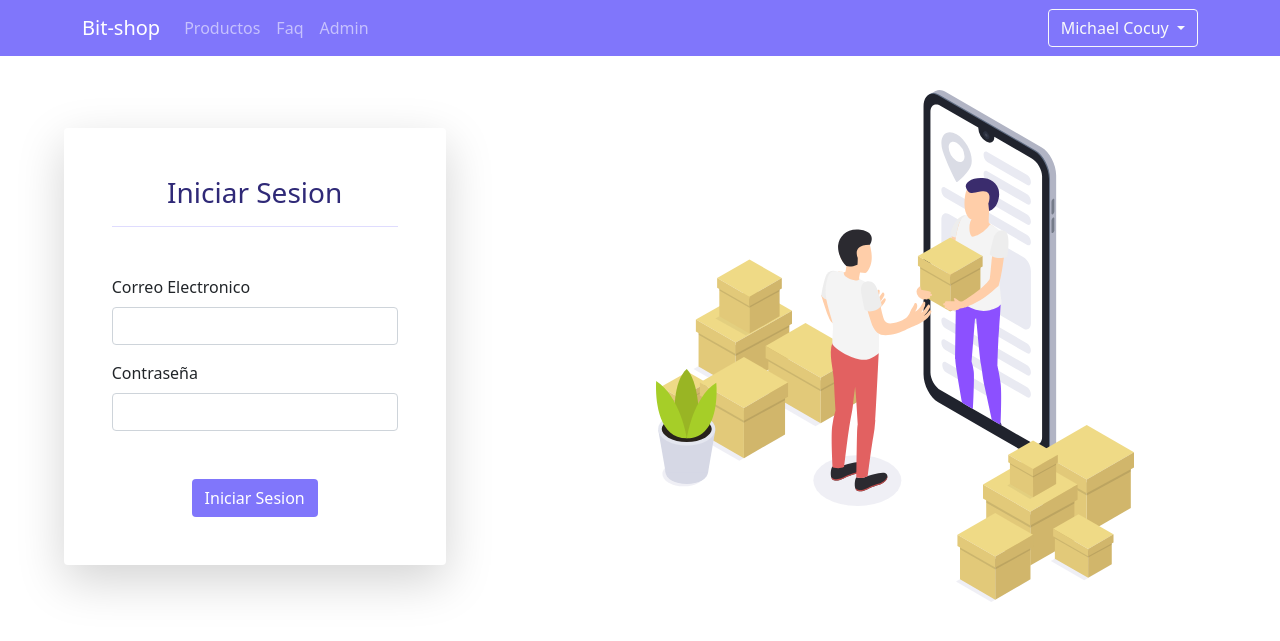
Repository: TzStrikerYT/myClassRoom
Page: /login (app in bit-shop-as/)
These files come from the project's save history. The page is drawn as it stood at one moment and after the next save; the edit follows.
The browser window is 1280 px wide. The pictures show the whole page.
The project was rebuilt for these pictures with package versions that can differ from the ones it lists, and the page was loaded fresh each time. Also part of the build but not shown: bit-shop-as/angular.json, bit-shop-as/src/app/components/home/home.component.ts, bit-shop-as/src/app/components/page404/page404.component.ts, bit-shop-as/src/app/components/register/register.component.ts.

Above is the page before, as saved 2022-02-25 21:03:31.

### bit-shop-as/src/index.html
<!doctype html>
<html lang="en">
<head>
  <meta charset="utf-8">
  <title>BitShopAs</title>
  <base href="/">
  <meta name="viewport" content="width=device-width, initial-scale=1">
  <link rel="icon" type="image/x-icon" href="favicon.ico">
</head>
<body>
  <app-root></app-root>
</body>
</html>

### bit-shop-as/src/styles.css
/* You can add global styles to this file, and also import other style files */
.bg-purple-pastel {
    background: #8076fb !important;
}

.bg-purple-dark {
    background: #2f2977 !important;
}

.text-purple-dark {
    color: #2f2977 !important;
}

.text-purple-pastel {
    color: #8076fb !important;
}

### bit-shop-as/src/app/app.module.ts
import { NgModule } from '@angular/core';
import { BrowserModule } from '@angular/platform-browser';

import { AppRoutingModule } from './app-routing.module';
import { AppComponent } from './app.component';
import { LoginComponent } from './components/login/login.component';
import { RegisterComponent } from './components/register/register.component';
import { NavbarComponent } from './components/navbar/navbar.component';
import { HomeComponent } from './components/home/home.component';
import { Page404Component } from './components/page404/page404.component';

@NgModule({
  declarations: [
    AppComponent,
    LoginComponent,
    RegisterComponent,
    NavbarComponent,
    HomeComponent,
    Page404Component
  ],
  imports: [
    BrowserModule,
    AppRoutingModule
  ],
  providers: [],
  bootstrap: [AppComponent]
})
export class AppModule { }

### bit-shop-as/src/app/app-routing.module.ts
import { NgModule } from '@angular/core';
import { RouterModule, Routes } from '@angular/router';
import { HomeComponent } from './components/home/home.component';
import { LoginComponent } from './components/login/login.component';
import { Page404Component } from './components/page404/page404.component';
import { RegisterComponent } from './components/register/register.component';

const routes: Routes = [
  { path: 'login', component: LoginComponent },
  { path: 'register', component: RegisterComponent },
  { path: 'home', component: HomeComponent },

  { path: '', redirectTo: '/home', pathMatch: 'full'},
  { path: '**', component: Page404Component}
];

@NgModule({
  imports: [RouterModule.forRoot(routes)],
  exports: [RouterModule],
})
export class AppRoutingModule {}

### bit-shop-as/src/app/app.component.ts
import { Component } from '@angular/core';

@Component({
  selector: 'app-root',
  templateUrl: './app.component.html',
  styleUrls: ['./app.component.css']
})
export class AppComponent {
  title = 'bit-shop-as';
}

### bit-shop-as/src/app/components/navbar/navbar.component.ts
import { Component, OnInit } from '@angular/core';

@Component({
  selector: 'app-navbar',
  templateUrl: './navbar.component.html',
  styleUrls: ['./navbar.component.css']
})
export class NavbarComponent implements OnInit {

  token=true
  user='Michael Cocuy'

  constructor() { }

  ngOnInit(): void {
  }

}

### bit-shop-as/src/app/components/login/login.component.html
<section class="mt-4">

    <div class="row w-100">
        <div class="col-lg-5 py-5 d-flex align-items-center justify-content-center">

            <div class="p-5 shadow-lg rounded w-75">

                <h3 class="text-purple-dark mb-3 text-center">Iniciar Sesion</h3>
                <hr class="mb-5 text-purple-pastel">

                <form>
                    <div class="mb-3">
                      <label for="exampleInputEmail1" class="form-label">Correo Electronico</label>
                      <input type="email" class="form-control" id="exampleInputEmail1" aria-describedby="emailHelp">
                    </div>
                    <div class="mb-3">
                      <label for="exampleInputPassword1" class="form-label">Contraseña</label>
                      <input type="password" class="form-control" id="exampleInputPassword1">
                    </div>
                    <div class="text-center mt-5">
                        <button type="submit" class="btn bg-purple-pastel text-white text-center">Iniciar Sesion</button>
                    </div>
                  </form>

            </div>

        </div>

        <div class="col-lg-7 bg-image">

        </div>

    </div>

</section>

### bit-shop-as/src/app/components/login/login.component.css
.bg-image {
    background: url('../../../assets/img/fondo.svg');
    background-repeat: no-repeat;
    background-size: 64%;
    background-position: center;
}

### bit-shop-as/src/app/components/navbar/navbar.component.html
<nav class="navbar navbar-expand-lg navbar-dark bg-purple-pastel">
  <div class="container">
    <a class="navbar-brand" href="/home">Bit-shop</a>
    <button
      class="navbar-toggler"
      type="button"
      data-bs-toggle="collapse"
      data-bs-target="#navbarNavAltMarkup"
      aria-controls="navbarNavAltMarkup"
      aria-expanded="false"
      aria-label="Toggle navigation"
    >
      <span class="navbar-toggler-icon"></span>
    </button>
    <div class="collapse navbar-collapse" id="navbarNavAltMarkup">
      <div class="navbar-nav">
        <a class="nav-link" aria-current="page" href="#">Productos</a>
        <a class="nav-link" href="#">Faq</a>
        <a class="nav-link" href="#">Admin</a>
      </div>

      <div class="navbar-nav ms-auto" *ngIf="!token else usserLogged">
        <a class="btn btn-outline-light m-2" href="/login">Iniciar Sesion</a>
        <a class="btn btn-outline-light m-2" href="/register">Registrarse</a>
      </div>

      <ng-template #usserLogged>
        <div class="navbar-nav ms-auto">
            <a class="btn btn-outline-light dropdown-toggle" data-bs-toggle="dropdown" aria-expanded="false">
                {{ user }}
            </a>
              <ul class="dropdown-menu dropdown-menu-end">
                <li><button class="dropdown-item" type="button">Opciones</button></li>
                <li><button class="dropdown-item" type="button">Mis compras</button></li>
                <hr>
                <li><button class="dropdown-item" type="button">Cerrar Sesion</button></li>
              </ul>
          </div>
      </ng-template>

    </div>
  </div>
</nav>

Loaded but not shown: bit-shop-as/src/main.ts (common file); bit-shop-as/src/environments/environment.ts (common file); bit-shop-as/src/app/components/login/login.component.ts (common file); bit-shop-as/src/app/app.component.html (common file); bit-shop-as/src/app/app.component.css (no stored copy; drawn as an empty file); bit-shop-as/src/app/components/navbar/navbar.component.css (no stored copy; drawn as an empty file)

After the next save:
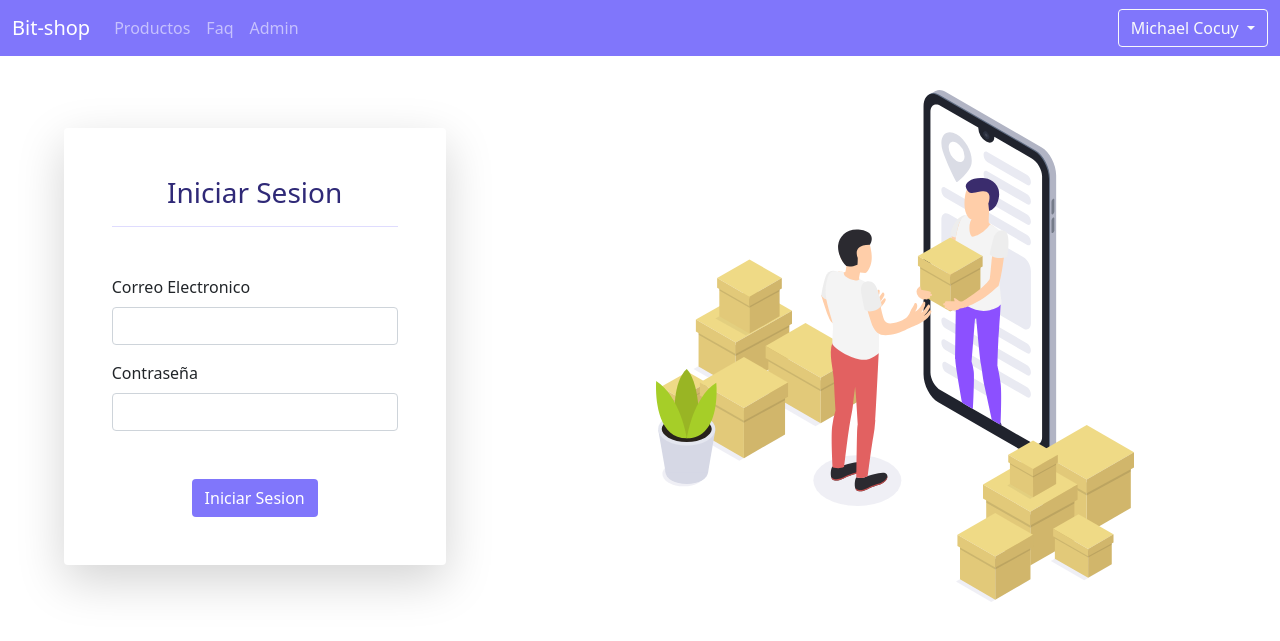
Saved 23 s later.
--- a/bit-shop-as/src/app/components/navbar/navbar.component.html
+++ b/bit-shop-as/src/app/components/navbar/navbar.component.html
@@ -1,5 +1,5 @@
 <nav class="navbar navbar-expand-lg navbar-dark bg-purple-pastel">
-  <div class="container">
+  <div class="container-fluid">
     <a class="navbar-brand" href="/home">Bit-shop</a>
     <button
       class="navbar-toggler"
